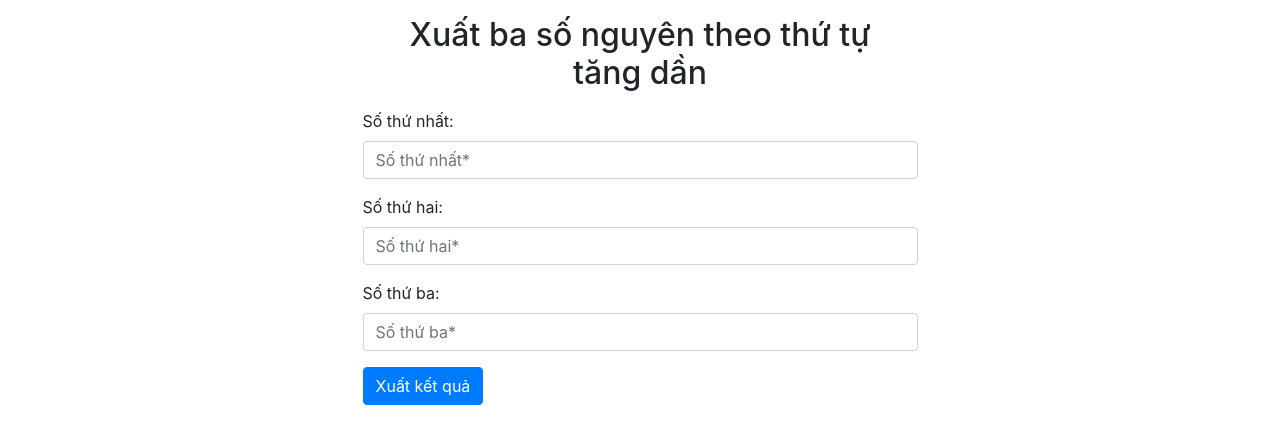
Repository: dovanthao2404/BC14_BaiTap_JS_Buoi_4_dovanthao
Page: html/bai1.html
These files come from the project's save history. The page is drawn as it stood at one moment and after the next save; the edit follows.
The browser window is 1280 px wide. The pictures show the whole page.

Above is the page before, as saved 2021-07-02 00:29:52.

After the next save:
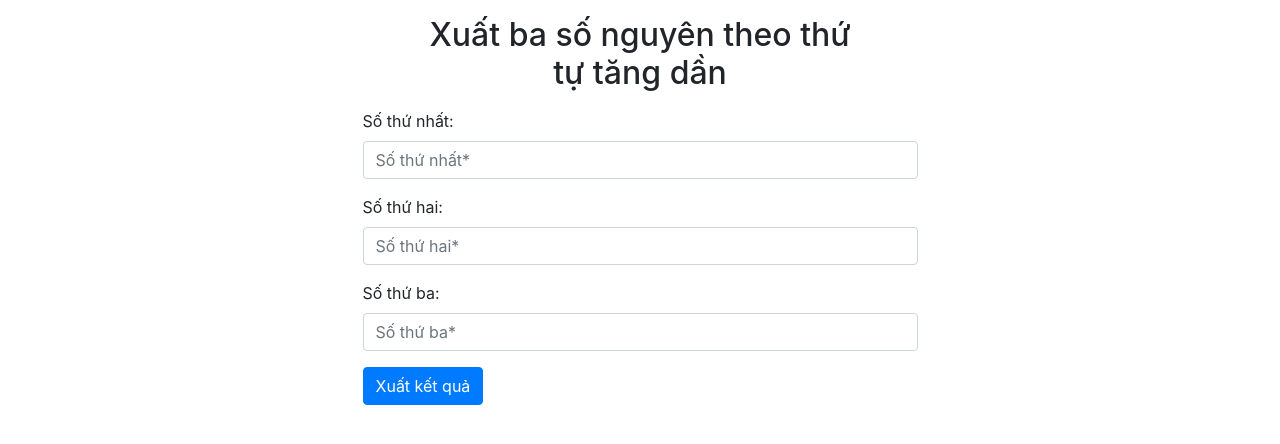
Saved 7 s later.
--- a/html/bai1.html
+++ b/html/bai1.html
@@ -15,7 +15,7 @@
 <body>
   <div class="container">
     <form class="w-50 mx-auto">
-      <h2 class="text-center px-3 my-3">Xuất ba số nguyên theo thứ tự tăng dần</h2>
+      <h2 class="text-center px-5 my-3">Xuất ba số nguyên theo thứ tự tăng dần</h2>
       <div class="form-group">
         <label for="number-1">Số thứ nhất: </label>
         <input type="text" name="" id="number-1" class="form-control" placeholder="Số thứ nhất*">
